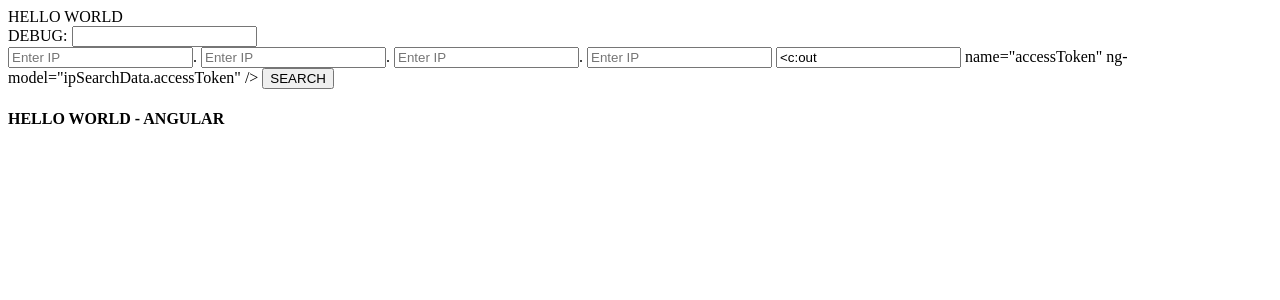
Repository: amp89/FindIP
Page: http://localhost/FindIp/views/search.jsp
These files come from the project's save history. The page is drawn as it stood at one moment and after the next save; the edit follows.
The browser window is 1280 px wide. The pictures show the whole page.
The page is served by Tomcat 9.

Above is the page before, as saved 2016-07-18 23:22:01.

After the next save:
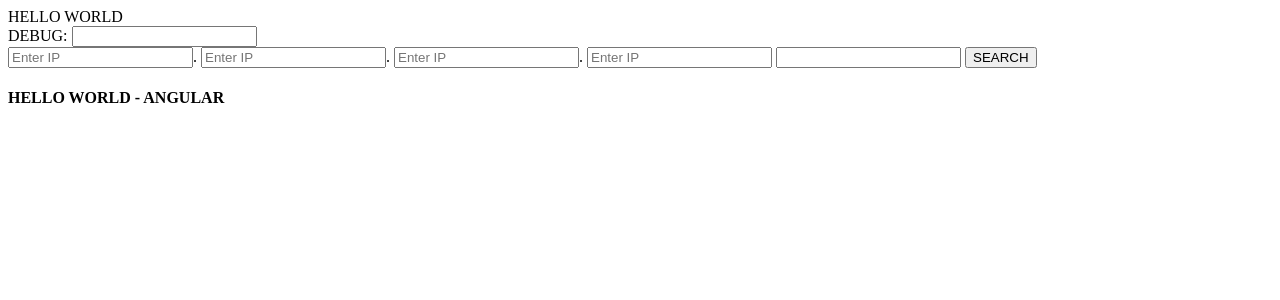
Saved 47 s later.
--- a/FindIp/FindIp/WebContent/views/search.jsp
+++ b/FindIp/FindIp/WebContent/views/search.jsp
@@ -22,7 +22,7 @@
 		<input type="text" placeholder="Enter IP" name="second"  ng-model="ipSearchData.second" />.
 		<input type="text" placeholder="Enter IP" name="third"  ng-model="ipSearchData.third" />.
 		<input type="text" placeholder="Enter IP" name="fourth"  ng-model="ipSearchData.fourth" />
-		<input type="text" value=<c:out ${accessToken}/> name="accessToken"  ng-model="ipSearchData.accessToken" />
+		<input type="text" value="<c:out value=${accessToken}/>" name="accessToken"  ng-model="ipSearchData.accessToken" />
 		<button type="submit">SEARCH</button>
 	</form>
 	<h3 ng-show="name">{{name}}</h3>

After the save that followed:
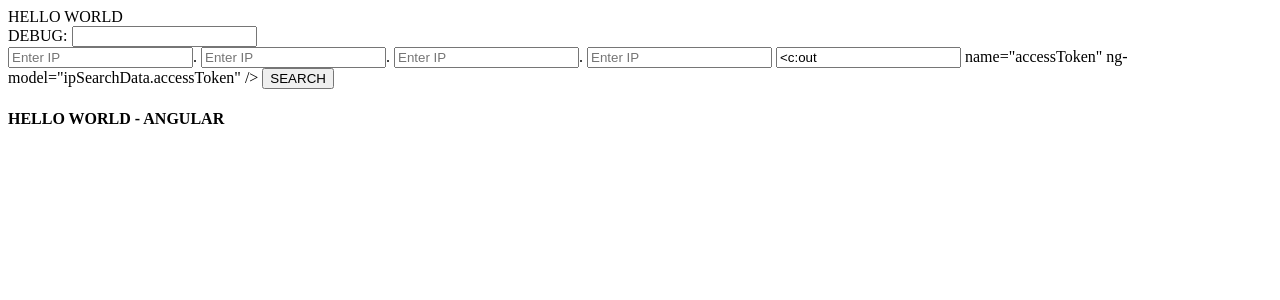
Saved 17 s later.
--- a/FindIp/FindIp/WebContent/views/search.jsp
+++ b/FindIp/FindIp/WebContent/views/search.jsp
@@ -22,7 +22,7 @@
 		<input type="text" placeholder="Enter IP" name="second"  ng-model="ipSearchData.second" />.
 		<input type="text" placeholder="Enter IP" name="third"  ng-model="ipSearchData.third" />.
 		<input type="text" placeholder="Enter IP" name="fourth"  ng-model="ipSearchData.fourth" />
-		<input type="text" value="<c:out value=${accessToken}/>" name="accessToken"  ng-model="ipSearchData.accessToken" />
+		<input type="text" value=<c:out value=${accessToken}/> name="accessToken"  ng-model="ipSearchData.accessToken" />
 		<button type="submit">SEARCH</button>
 	</form>
 	<h3 ng-show="name">{{name}}</h3>
